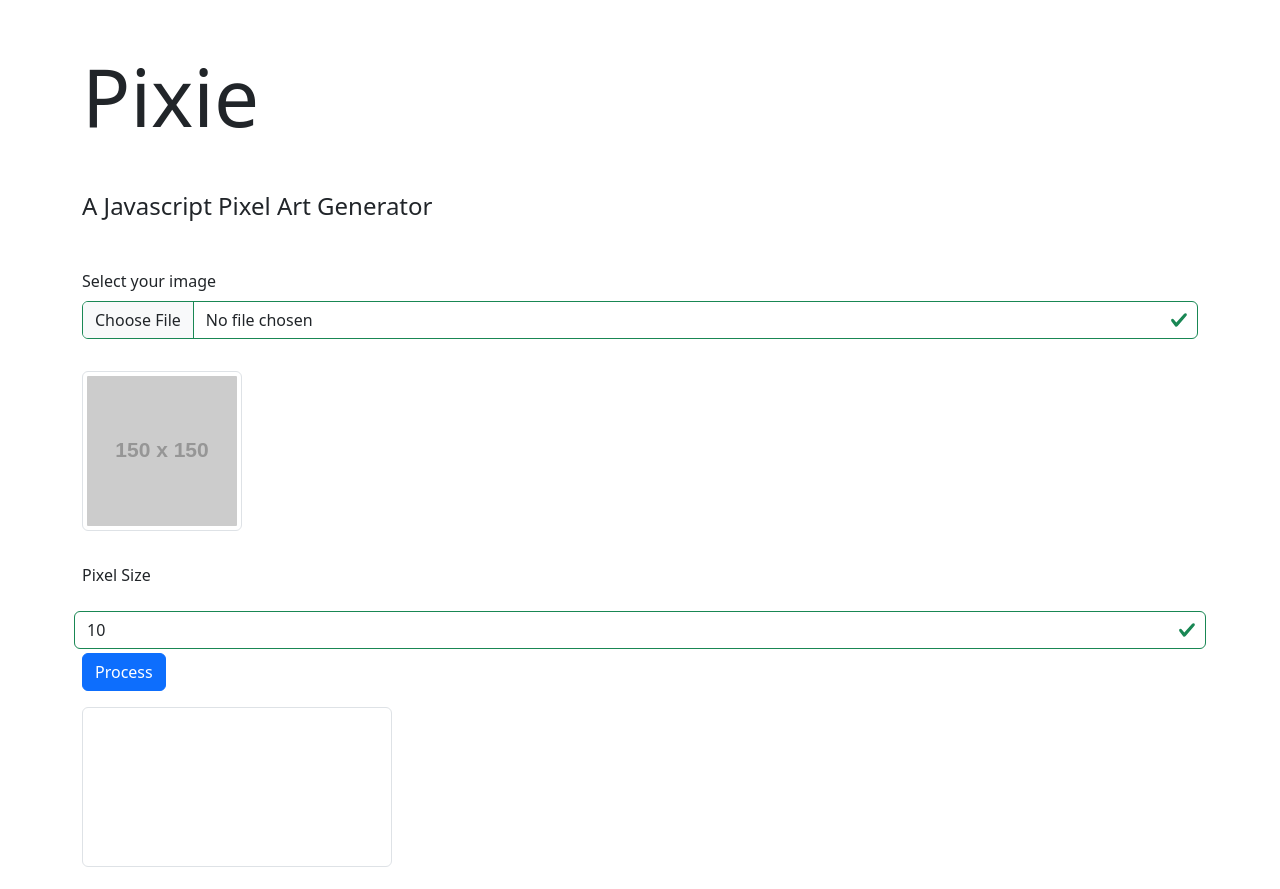
Repository: BigEmperor26/Pixie
Page: index.html
The author's editor kept a copy of each file at every save. The page is drawn from the files as they stood at one save, then again after the next save.
The browser window is 1280 px wide. The pictures show the whole page.

Above is the page before, as saved 2023-12-08 16:07:06.
Console error: ReferenceError: onOpenCvReady is not defined

### index.html
<!doctype html>
<html lang="en">
  <head>
    <meta charset="utf-8">
    <meta name="viewport" content="width=device-width, initial-scale=1">
    <title>Pixie</title>
    <link href="https://cdn.jsdelivr.net/npm/bootstrap@5.3.2/dist/css/bootstrap.min.css" rel="stylesheet" integrity="sha384-T3c6CoIi6uLrA9TneNEoa7RxnatzjcDSCmG1MXxSR1GAsXEV/Dwwykc2MPK8M2HN" crossorigin="anonymous">

  </head>
  <body>
    <div class="container">
    <p class="h1 my-5 display-1">Pixie</p>
    <p class="h4 my-5 disabled">A Javascript Pixel Art Generator</p>
    <form class="row g-3 needs-validation was-validated" novalidate onsubmit="pixellate()">
        <div class="my-3">
            <label for="formFile" class="form-label">Select your image</label>
            <input class="form-control" type="file" id="fileInput" >
        </div>
        <div class="my-3">
            <img src="https://via.placeholder.com/150" class="img-thumbnail" alt="..." onclick="" id="imageSrc">
        </div>
        <label for="exampleFormControlInput1" class="form-label">Pixel Size</label>
        <input type="text" class="form-control" id="exampleFormControlInput1" placeholder="10" value="10" required>
        <div class="valid-feedback">
            <button type="submit" class="btn btn-primary" id="processButton">Process</button>
        </div>
        <div class="invalid-feedback">
            Please provide a valid pixel size.
            <button type="submit" class="btn btn-primary disabled " id="processButton">Process</button>
        </div>
    </form>
  <!-- Content here -->
    <div class="my-3">
        <!-- <img src="https://via.placeholder.com/150" class="img-thumbnail" alt="..." onclick="" id="imageOut"> -->
        <canvas id="canvasOutput" class="img-thumbnail" src="https://via.placeholder.com/150" ></canvas>
    </div>
    </div>
    <script src="https://cdn.jsdelivr.net/npm/bootstrap@5.3.2/dist/js/bootstrap.bundle.min.js" integrity="sha384-C6RzsynM9kWDrMNeT87bh95OGNyZPhcTNXj1NW7RuBCsyN/o0jlpcV8Qyq46cDfL" crossorigin="anonymous"></script>
    <script type="text/javascript">
        function pixellate(){
            let imgElement = document.getElementById("imageSrc")
            let inputElement = document.getElementById("fileInput");
            inputElement.addEventListener("change", (e) => {
                let butn = document.getElementById("processButton")
                butn.classList.remove("disabled")
            imgElement.src = URL.createObjectURL(e.target.files[0]);
            }, false);
            imgElement.onload = function () {
                let src = cv.imread(imgElement);
                let dst = new cv.Mat();
                let dsize = new cv.Size(300, 300);
                // You can try more different parameters
                cv.resize(src, dst, dsize, 0, 0, cv.INTER_AREA);
                cv.imshow('canvasOutput', dst);
                src.delete(); dst.delete();
            };
        }
    </script>
    <script async src="opencv.js" onload="onOpenCvReady();" type="text/javascript"></script>
  </body>
</html>

Loaded but not shown: opencv.js (no stored copy; drawn as an empty file)

After the next save:
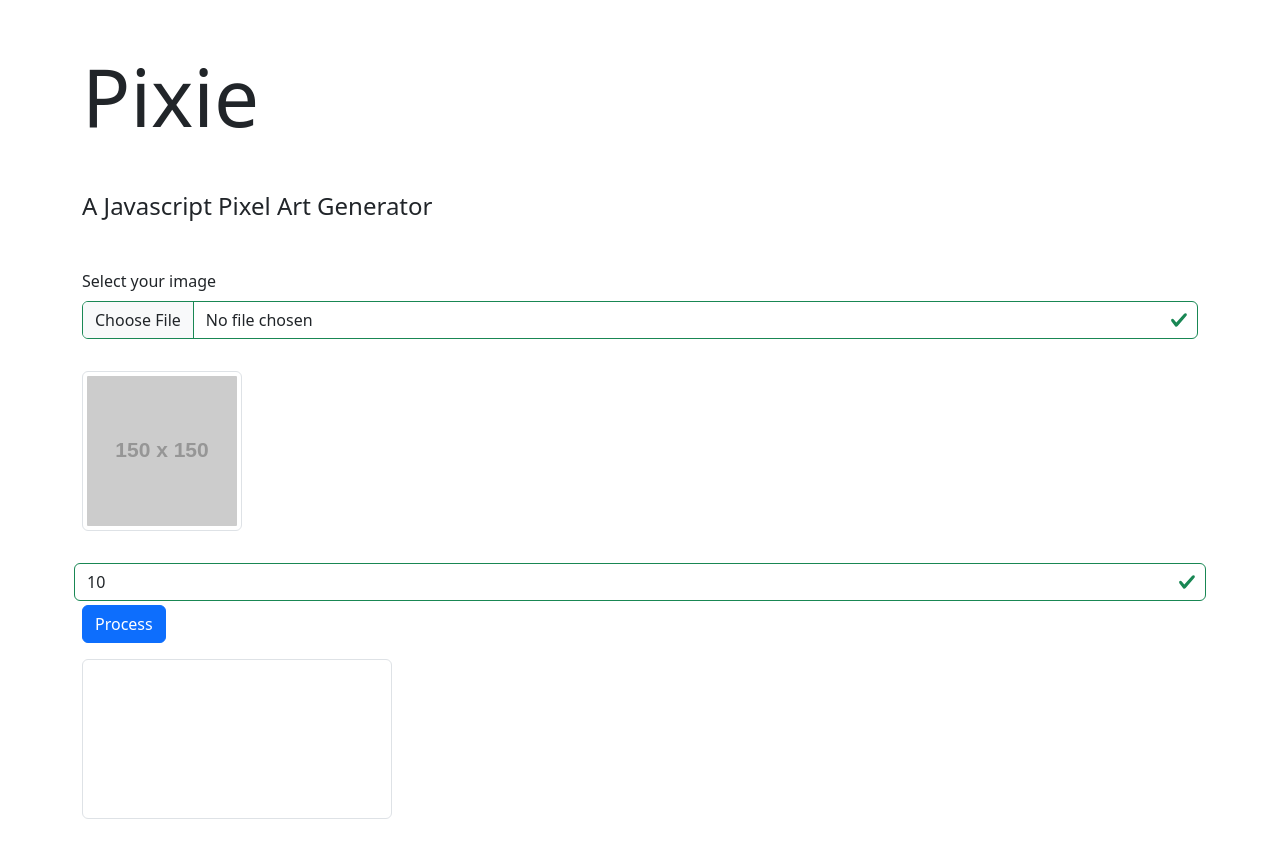
Saved 35 s later.
--- a/index.html
+++ b/index.html
@@ -19,7 +19,7 @@
         <div class="my-3">
             <img src="https://via.placeholder.com/150" class="img-thumbnail" alt="..." onclick="" id="imageSrc">
         </div>
-        <label for="exampleFormControlInput1" class="form-label">Pixel Size</label>
+        <!-- <label for="exampleFormControlInput1" class="form-label">Pixel Size</label> -->
         <input type="text" class="form-control" id="exampleFormControlInput1" placeholder="10" value="10" required>
         <div class="valid-feedback">
             <button type="submit" class="btn btn-primary" id="processButton">Process</button>

After the save that followed:
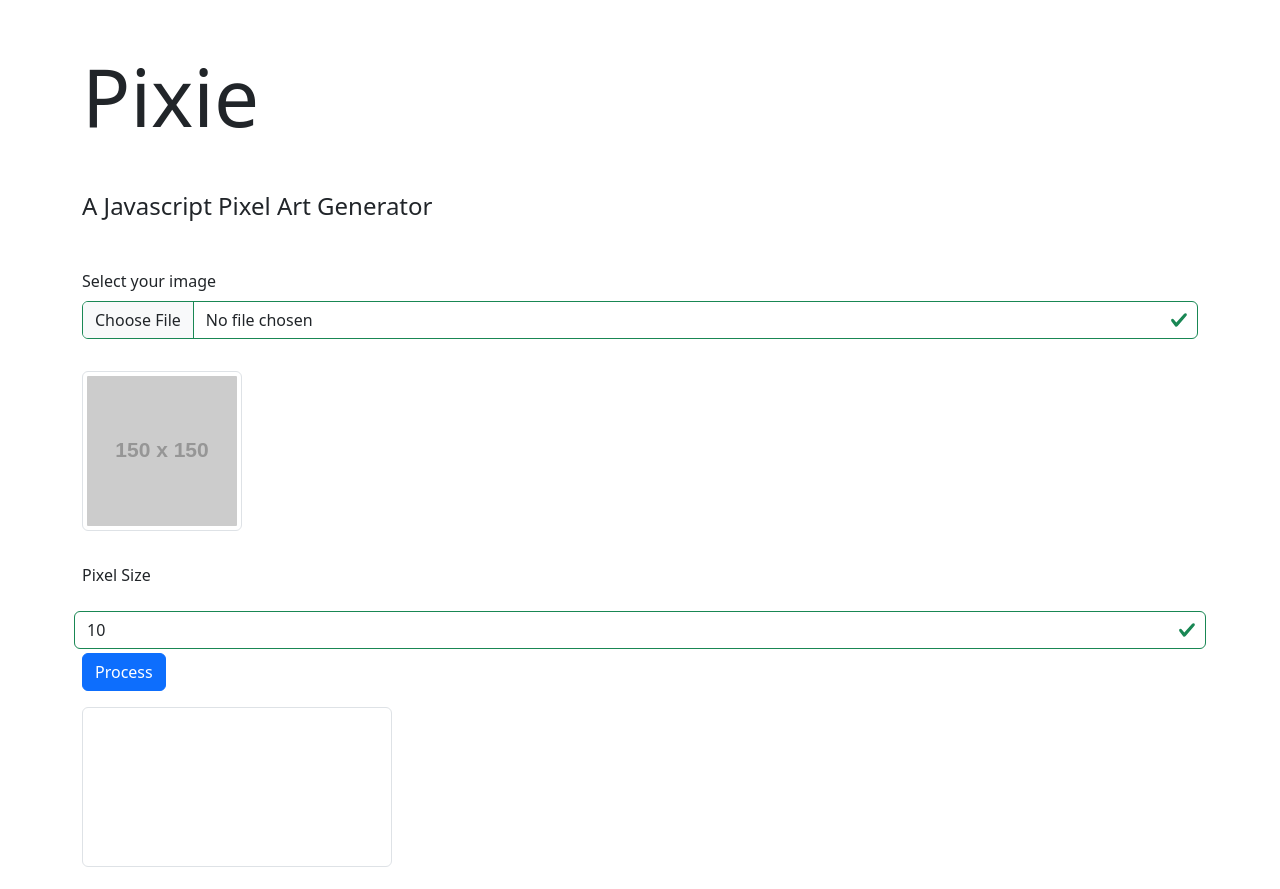
Saved 8 s later.
--- a/index.html
+++ b/index.html
@@ -19,7 +19,7 @@
         <div class="my-3">
             <img src="https://via.placeholder.com/150" class="img-thumbnail" alt="..." onclick="" id="imageSrc">
         </div>
-        <!-- <label for="exampleFormControlInput1" class="form-label">Pixel Size</label> -->
+        <label for="exampleFormControlInput1" class="form-label">Pixel Size</label>
         <input type="text" class="form-control" id="exampleFormControlInput1" placeholder="10" value="10" required>
         <div class="valid-feedback">
             <button type="submit" class="btn btn-primary" id="processButton">Process</button>
